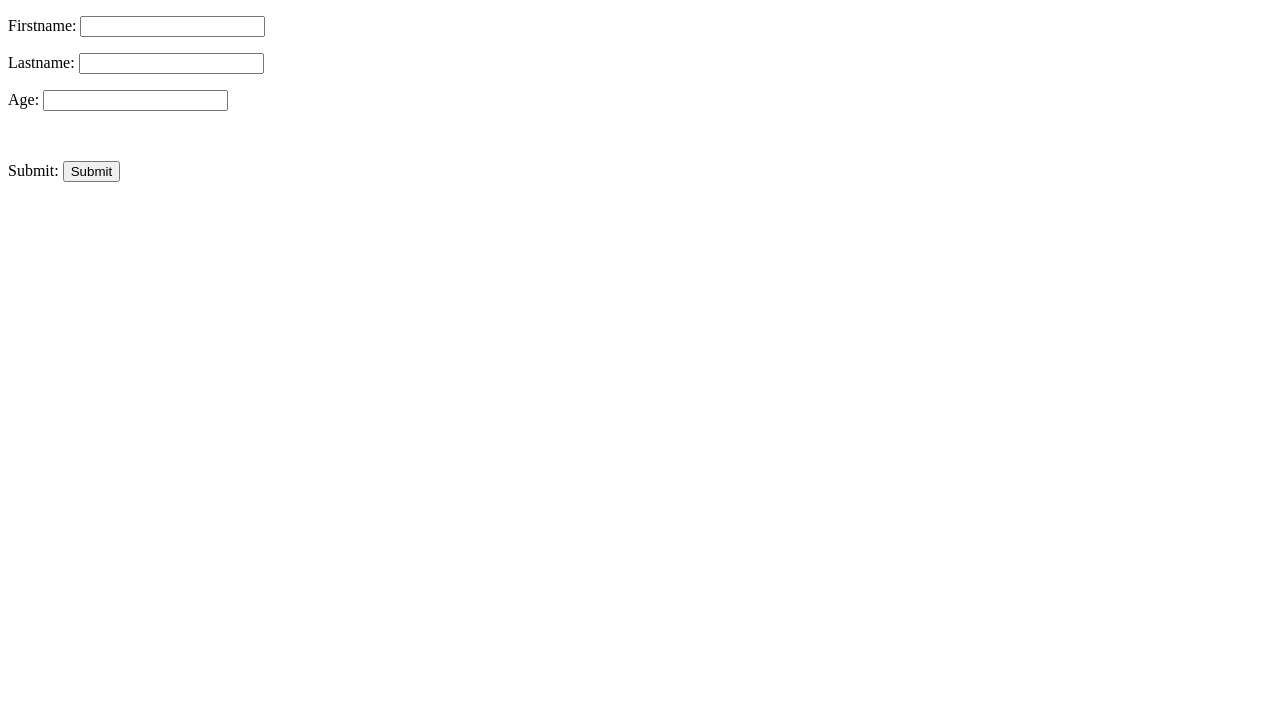
Repository: Dbeee-Acharya/advanceProgrammingTechnologiesSem2
Page: EcliplseWorkspace/WeekTwoC9/src/main/webapp/pages/student-register.html
These files come from the project's save history. The page is drawn as it stood at one moment and after the next save; the edit follows.
The browser window is 1280 px wide. The pictures show the whole page.

Above is the page before, as saved 2024-03-03 07:56:56.

After the next save:
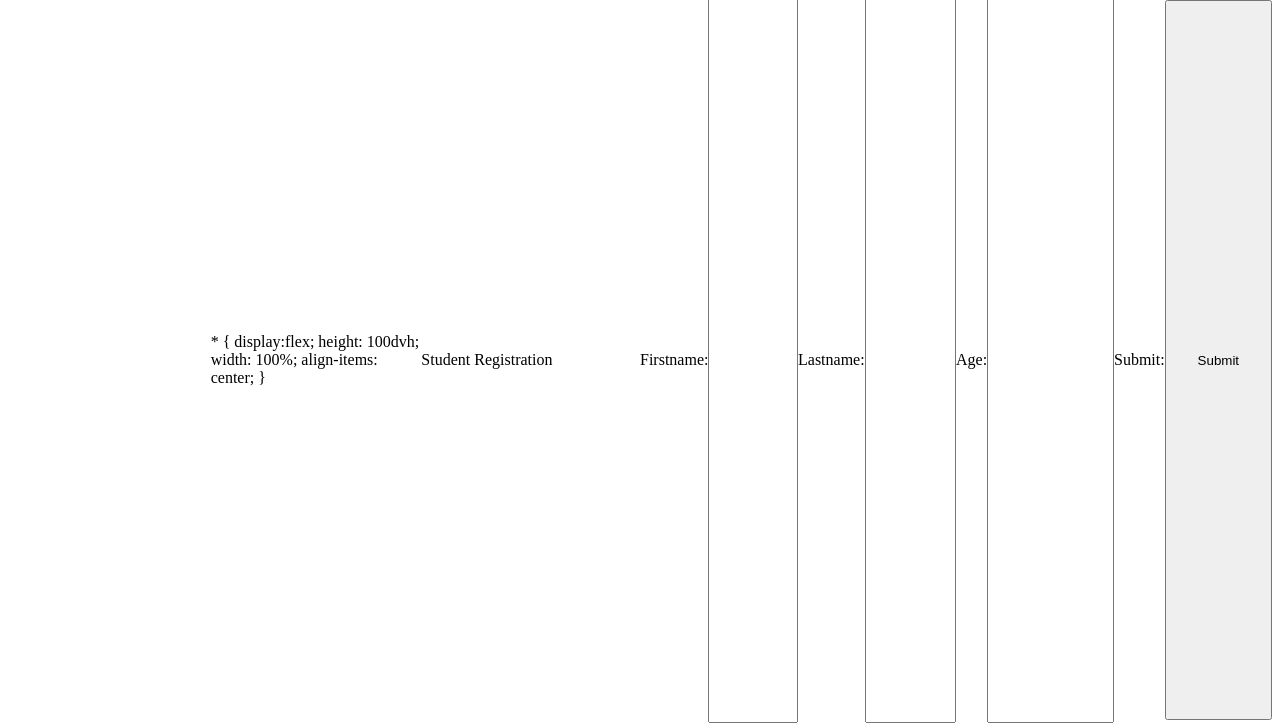
Saved 5 s later.
--- a/EcliplseWorkspace/WeekTwoC9/src/main/webapp/pages/student-register.html
+++ b/EcliplseWorkspace/WeekTwoC9/src/main/webapp/pages/student-register.html
@@ -2,7 +2,15 @@
 <html>
 <head>
 <meta charset="UTF-8">
-<style type="text/css"></style>
+<style type="text/css">
+* {
+	display:flex;
+	height: 100dvh;
+	width: 100%;
+	align-items: center;
+
+}
+</style>
 <title>Student Registration</title>
 </head>
 <body>

After the save that followed:
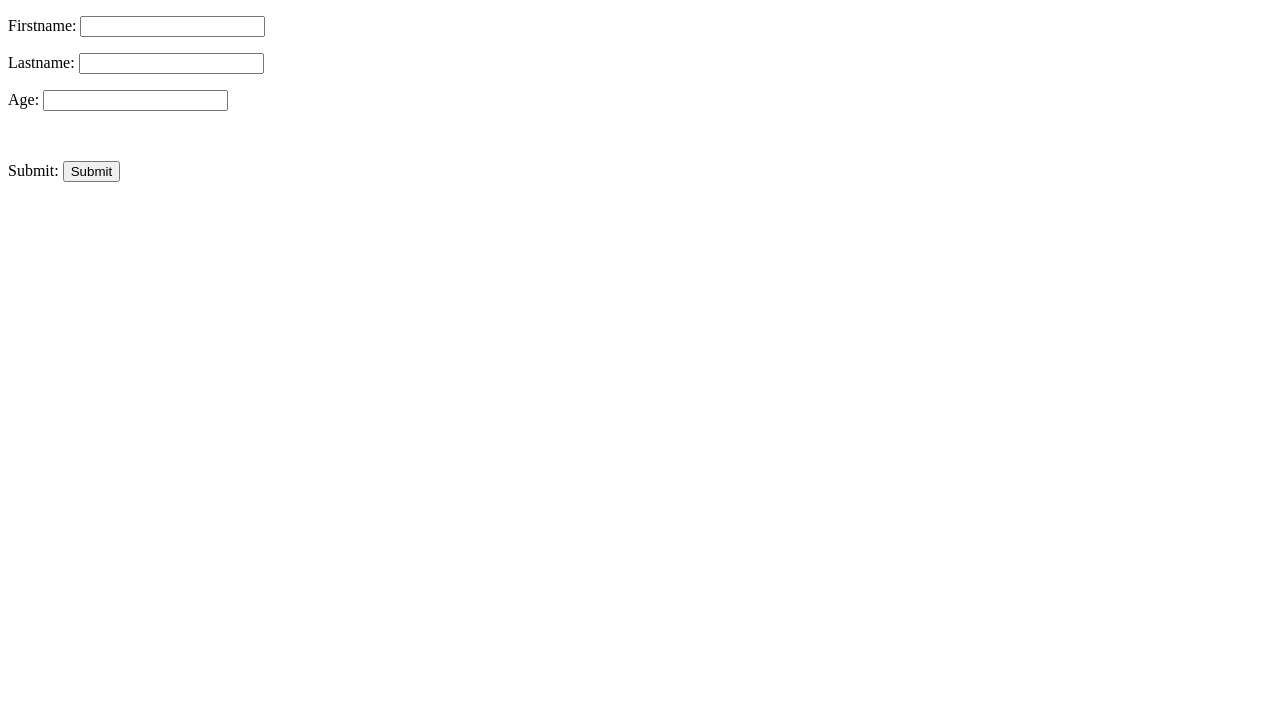
Saved 18 s later.
--- a/EcliplseWorkspace/WeekTwoC9/src/main/webapp/pages/student-register.html
+++ b/EcliplseWorkspace/WeekTwoC9/src/main/webapp/pages/student-register.html
@@ -2,15 +2,6 @@
 <html>
 <head>
 <meta charset="UTF-8">
-<style type="text/css">
-* {
-	display:flex;
-	height: 100dvh;
-	width: 100%;
-	align-items: center;
-
-}
-</style>
 <title>Student Registration</title>
 </head>
 <body>
